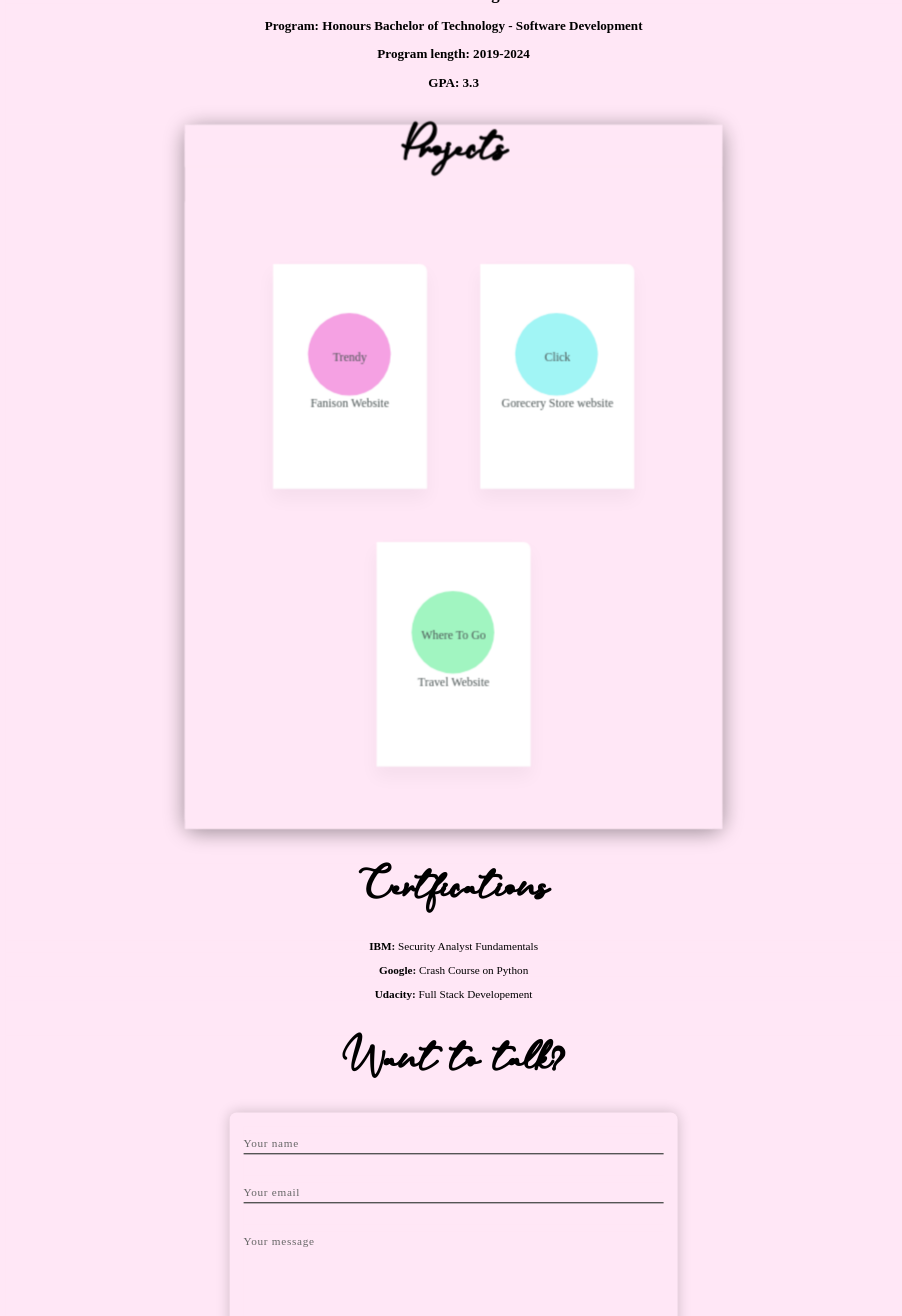
Repository: SamaAbdulwahab/MyProfolio
Page: index.html
An editor plug-in stored every save of this project. The page is shown before and after the next save, followed by the edit.
The browser window is 1280 px wide. The page is 1288 px wide, so the pictures cover 1288 px, including what lies to the right of the window. The pictures show the part of the page from y = 2163 to 4043 px (the page is 4540 px tall), at 70% of full size.
Some web fonts or font styles are not loaded; a fallback is used. Some web libraries are served in a nearby version.

Above is the page before, as saved 2024-11-13 12:29:05.

After the next save:
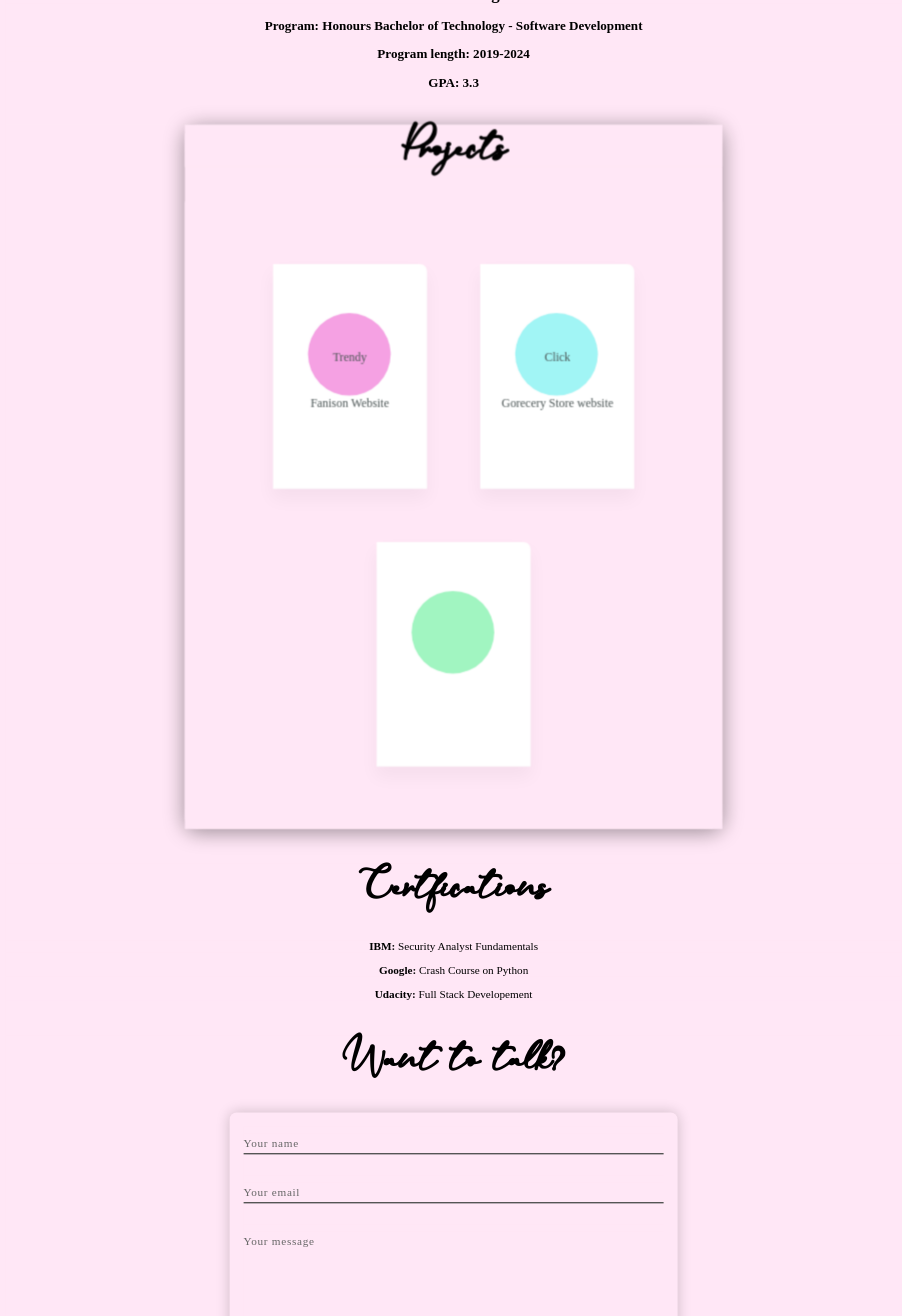
Saved 9 min 12 s later.
--- a/index.html
+++ b/index.html
@@ -102,8 +102,6 @@
  </a>
  <a href="#" class="card where">
   <div class="overlay"></div>
-<p>Where To Go</p>
-<p>Travel Website</p>
 </a>
   </div>
     </section>
